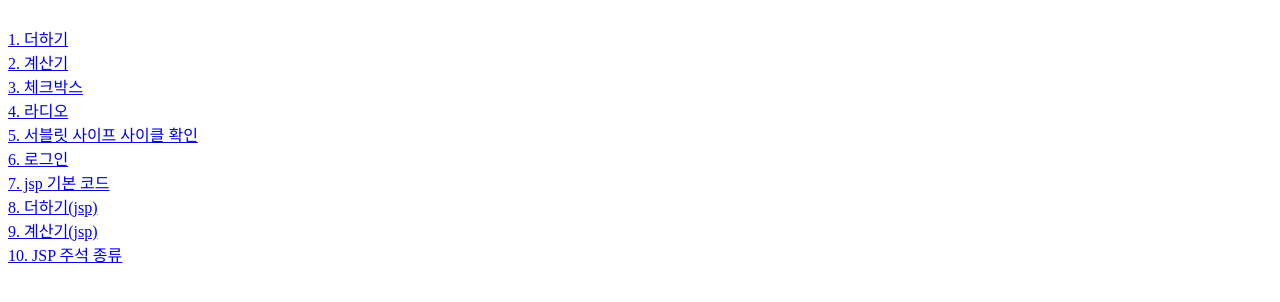
Repository: minimelody/servlet
Page: webworkspace2/web1/WebContent/index.html
These files come from the project's save history. The page is drawn as it stood at one moment and after the next save; the edit follows.
The browser window is 1280 px wide. The pictures show the whole page.

Above is the page before, as saved 2018-05-21 00:51:36.

After the next save:
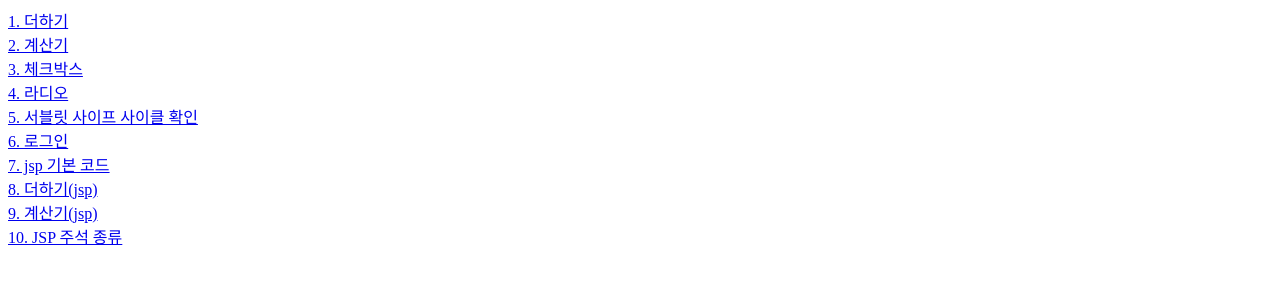
Saved 17 s later.
--- a/webworkspace2/web1/WebContent/index.html
+++ b/webworkspace2/web1/WebContent/index.html
@@ -5,7 +5,7 @@
 <title>미경의 홈페이지</title>
 </head>
 <body>
-	<br>
+	<!-- jsp 공부하기 위한 목록 -->
 	<a href="views/ex1/add.html">1. 더하기</a><br>
 	<a href="views/ex1/cal.html">2. 계산기</a><br>
 	<a href="views/ex1/check.html">3. 체크박스</a><br>

After the save that followed:
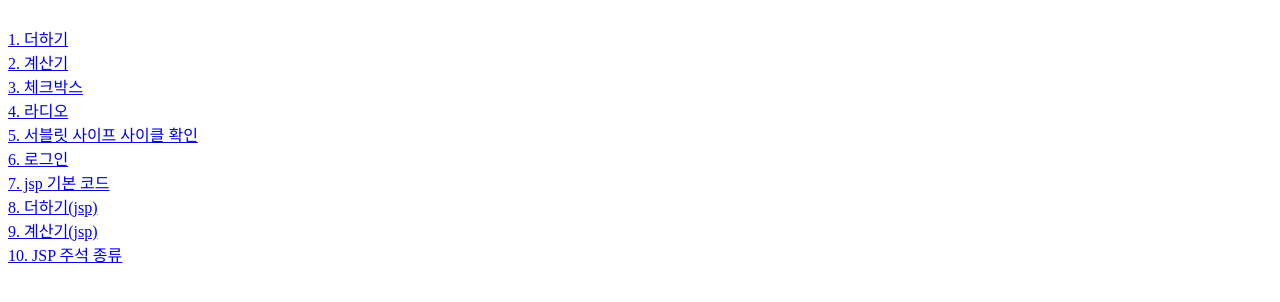
Saved 47 s later.
--- a/webworkspace2/web1/WebContent/index.html
+++ b/webworkspace2/web1/WebContent/index.html
@@ -6,6 +6,7 @@
 </head>
 <body>
 	<!-- jsp 공부하기 위한 목록 -->
+	<br>
 	<a href="views/ex1/add.html">1. 더하기</a><br>
 	<a href="views/ex1/cal.html">2. 계산기</a><br>
 	<a href="views/ex1/check.html">3. 체크박스</a><br>
